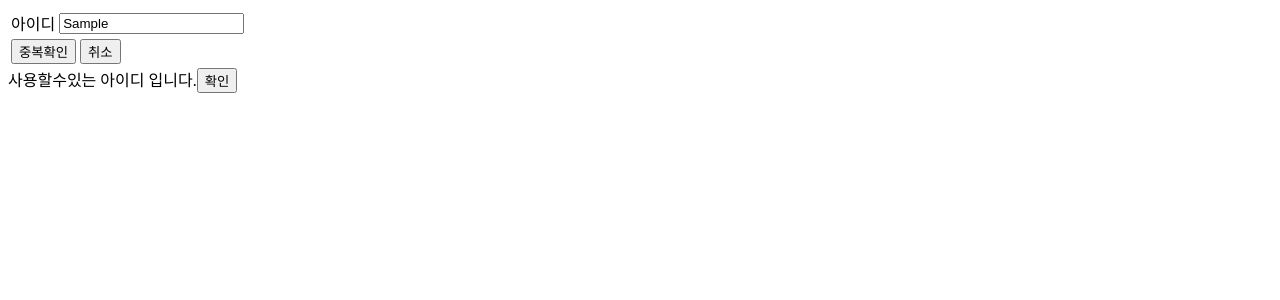
Repository: sunghyun-biblee/LearnSpace
Page: 4_UI/JS_Test/WebContent/js16_window03.html
The author's editor kept a copy of each file at every save. The page is drawn from the files as they stood at one save, then again after the next save.
The browser window is 1280 px wide. The pictures show the whole page.
Empty fields were first filled with sample values (such as "Sample", 5 or name@example.com).
After loading, the first visible `input[onclick="confirmChk();"]` was clicked once.

Above is the page before, as saved 2023-10-26 05:43:45.

After the next save:
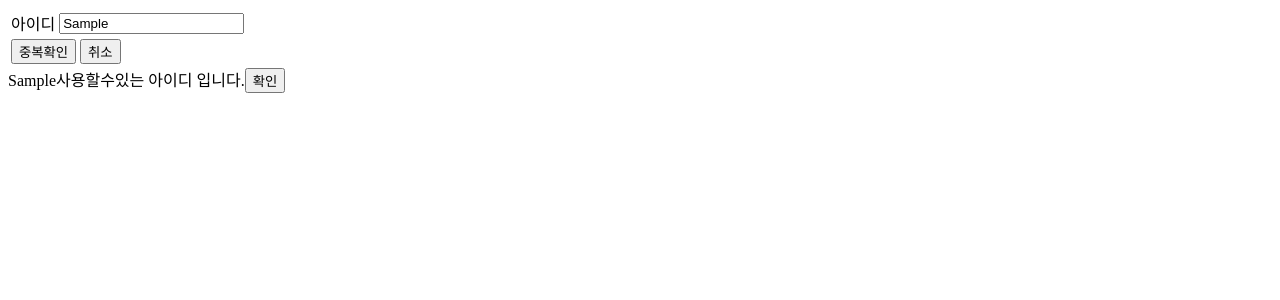
Saved 5 min 28 s later.
--- a/4_UI/JS_Test/WebContent/js16_window03.html
+++ b/4_UI/JS_Test/WebContent/js16_window03.html
@@ -17,19 +17,20 @@
 		if(ids.indexOf(id)!= -1){
 			div.innerHTML="<b> 아이디가 존재합니다. </b>";
 		}else{
-			let userId="사용할수있는 아이디 입니다."+"<input type='button' value='확인' onclick='insertId(\""+id+"\");'>"
+			let userId=id+"사용할수있는 아이디 입니다."+"<input type='button' value='확인' onclick='insertId(\""+id+"\");'>"
 			div.innerHTML=userId;
 			console.log(userId);
 		}
-		function insertId(){
-			console.log(id);
-			console.dir(id);
-			alert(id);
-			opener.document.getElementsByName("id")[0].value=id;
-			opener.document.getElementsByName("pwd")[0].focus();
-			console.log(id.value);
-			// close();
-		}
+
+	}
+	function insertId(){
+		console.log(id);
+		console.dir(id);
+		alert(id);
+		opener.document.getElementsByName("id")[0].value=id;
+		opener.document.getElementsByName("pwd")[0].focus();
+		console.log(id.value);
+		// close();
 	}
 
 
